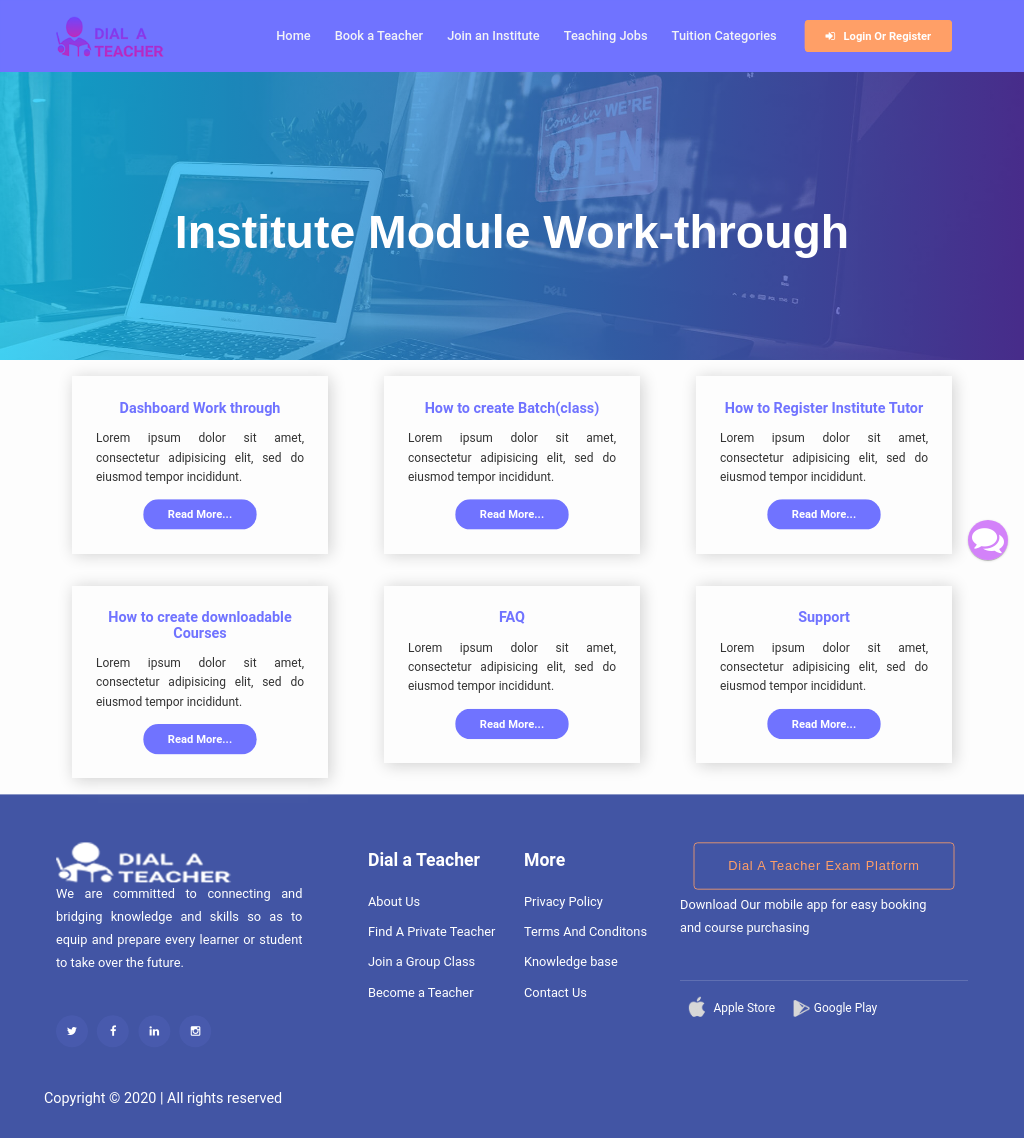
Repository: Samkiroko/DAT_knowledge
Page: instDashboard.html
The author's editor kept a copy of each file at every save. The page is drawn from the files as they stood at one save, then again after the next save.
The browser window is 1280 px wide. The pictures show the whole page, at 80% of full size.

Above is the page before, as saved 2020-12-14 17:11:55.
Console error: TypeError: e.indexOf is not a function

After the next save:
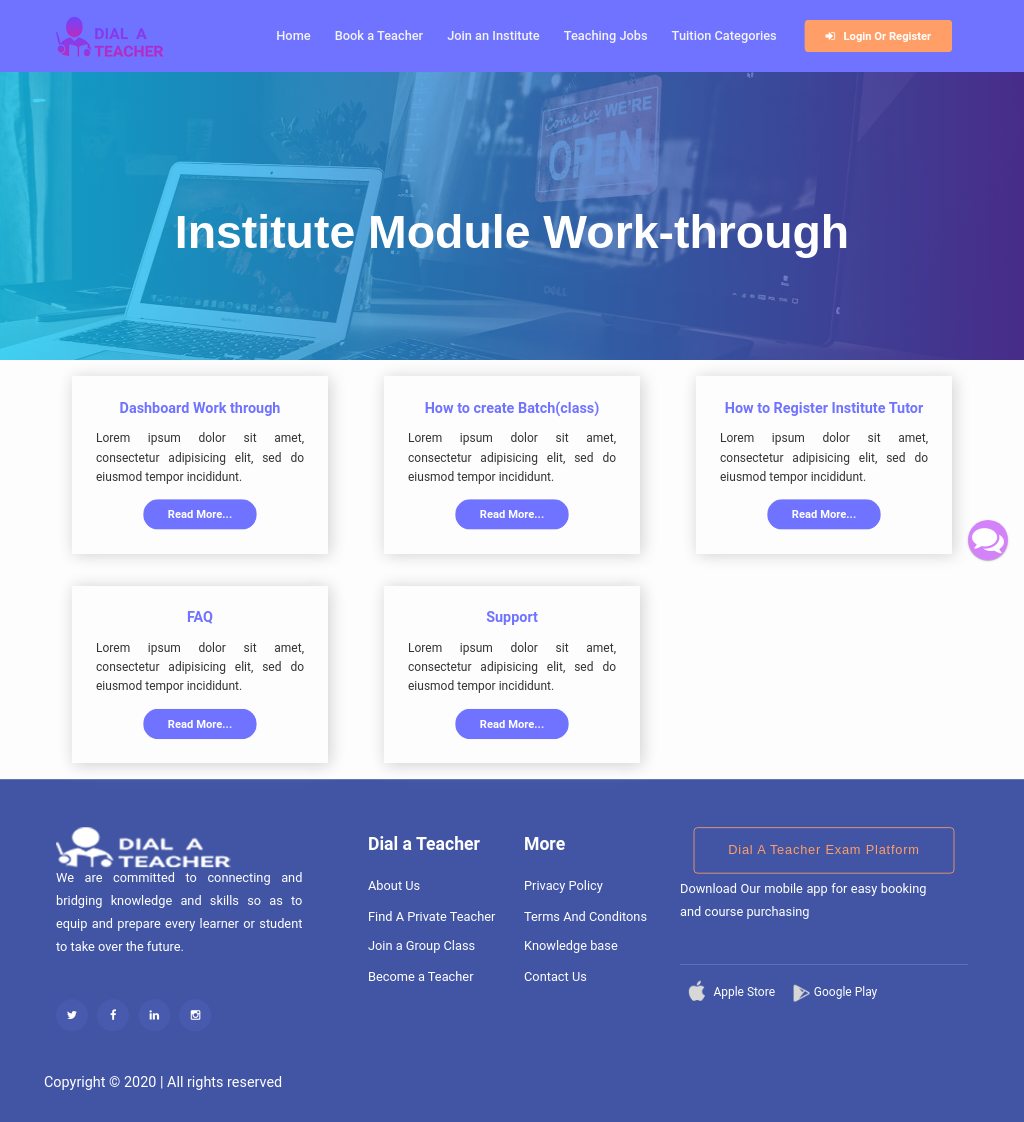
Saved 32 s later.
--- a/instDashboard.html
+++ b/instDashboard.html
@@ -126,15 +126,6 @@
           <div class="col-lg-4 col-md-4 col-sm-6 col-xs-12">
             <a href="category.html" class="mwb-documentation-section__lists overflow" data-aos="flip-up">
               <h3>How to Register Institute Tutor</h3>
-              <p>Lorem ipsum dolor sit amet, consectetur adipisicing elit, sed do eiusmod tempor
-                incididunt.</p>
-              <button type="button" class="mwb-primary-btn mwb-documentation-section__btn">Read
-                more...</button>
-            </a>
-          </div>
-          <div class="col-lg-4 col-md-4 col-sm-6 col-xs-12">
-            <a href="category.html" class="mwb-documentation-section__lists overflow" data-aos="flip-up">
-              <h3>How to create downloadable Courses</h3>
               <p>Lorem ipsum dolor sit amet, consectetur adipisicing elit, sed do eiusmod tempor
                 incididunt.</p>
               <button type="button" class="mwb-primary-btn mwb-documentation-section__btn">Read
